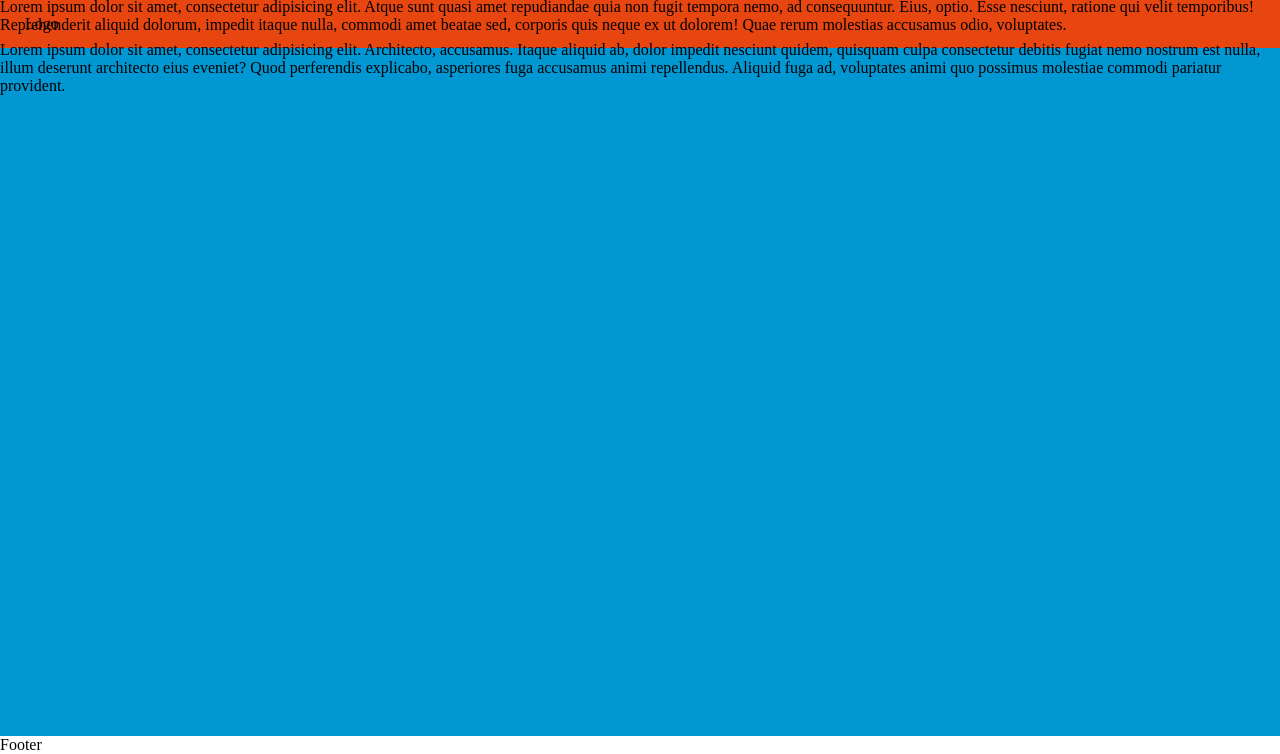
Repository: nealbrophy/CI-Responsive-Mini-Proj
Page: index.html
The author's editor kept a record of every edit. The page is drawn from the files as they stood at one moment, then again after the next edit.
The browser window is 1280 px wide. The pictures show the whole page.

Above is the page before.

### index.html
<!DOCTYPE html>
<html lang="en">
<head>
    <meta charset="UTF-8">
    <meta name="viewport" content="width=device-width, initial-scale=1.0">
    <meta http-equiv="X-UA-Compatible" content="ie=edge">
    <link rel="stylesheet" href="css/style.css" type="text/css" />
    <title>Document</title>
</head>
<body>
    <main class="main">
        <header class="header">
            <div class="logo">Logo</div>
        </header>

        <section class="section">
            <div class="vcenter">
                <article class="article column column-60">
                    <p class="section-paragraph">Lorem ipsum dolor sit amet, consectetur adipisicing elit. Atque sunt quasi amet repudiandae quia non fugit tempora nemo, ad consequuntur. Eius, optio. Esse nesciunt, ratione qui velit temporibus! Reprehenderit aliquid dolorum, impedit itaque nulla, commodi amet beatae sed, corporis quis neque ex ut dolorem! Quae rerum molestias accusamus odio, voluptates.</p>
                </article>
                <aside class="aside column column-40">
                    <p class="section-paragraph">
                    Lorem ipsum dolor sit amet, consectetur adipisicing elit. Architecto, accusamus. Itaque aliquid ab, dolor impedit nesciunt quidem, quisquam culpa consectetur debitis fugiat nemo nostrum est nulla, illum deserunt architecto eius eveniet? Quod perferendis explicabo, asperiores fuga accusamus animi repellendus. Aliquid fuga ad, voluptates animi quo possimus molestiae commodi pariatur provident.
                    </p>
                </aside>
            </div>
        </section>

        <footer class="footer">Footer</footer>
    </main>
</body>
</html>

### css/style.css
body, html {
    height: 100%;
    margin: 0;
    padding: 0;
}

.header {
    position: fixed;
    top: 0;
    left: 0;
    right: 0;
    background-color: #e84610;
    padding: 15px 25px;
}

.main {
    height: 100%;
}

.section {
    background-color: #0097d3;
    height: 100%;
}

.article, .aside {
    position: relative;
    top: 50%;
    transform: translateY(-50%);
}

.section-paragraph {
    font-size: 1em;
}

After the next edit:
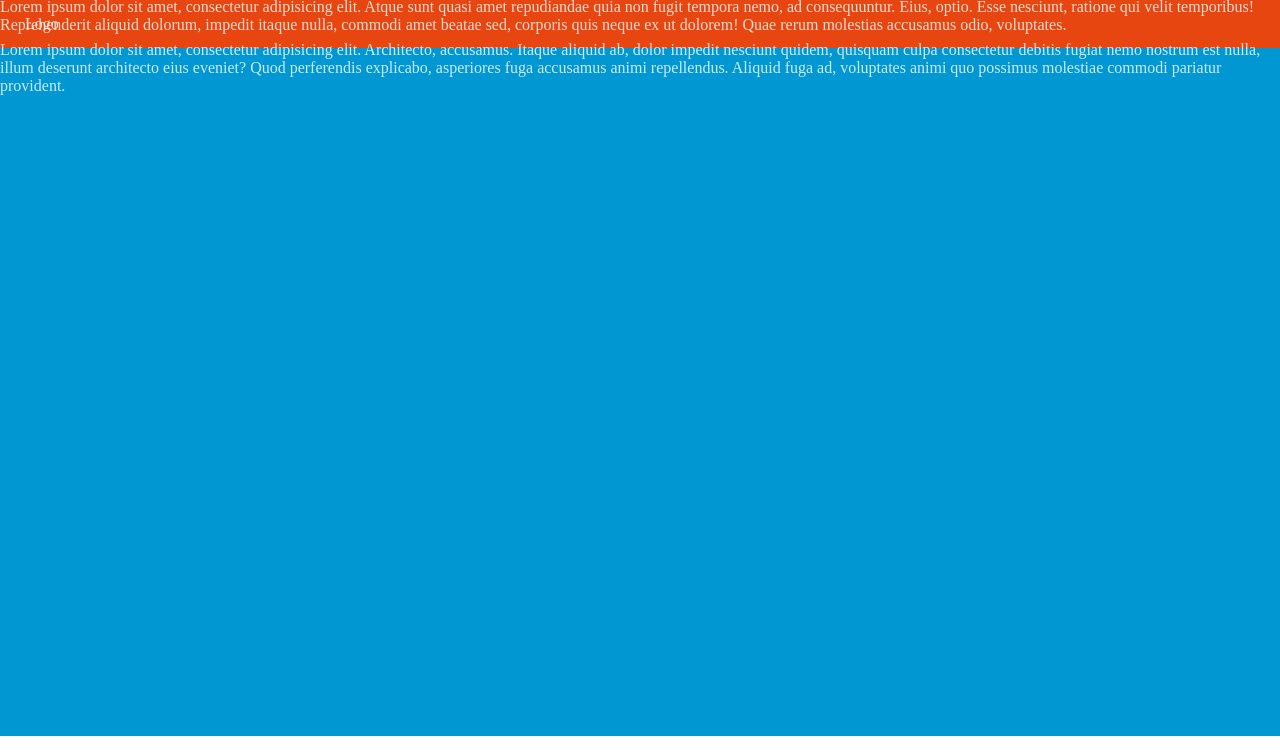
The edit:
--- a/css/style.css
+++ b/css/style.css
@@ -2,6 +2,7 @@
     height: 100%;
     margin: 0;
     padding: 0;
+    color: rgba(255, 255, 255, .8);
 }
 
 .header {
